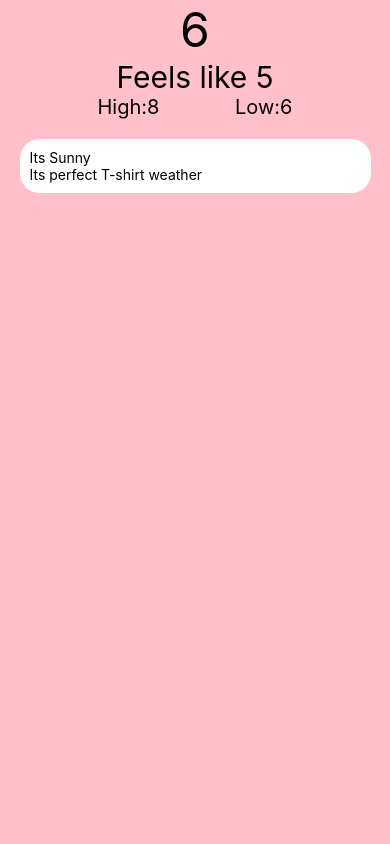
Repository: RossDee/WeatherApp
Screen: /
These files come from the project's save history. The screen is drawn as it stood at one moment and after the next save; the edit follows.
The app was drawn by React Native's web renderer in a window 390 px wide. The project was rebuilt for these pictures with package versions that can differ from the ones it lists, and the page was loaded fresh each time.

Above is the screen before, as saved 2023-10-14 21:07:52.

### App.js
import React from 'react';
import { SafeAreaView, StyleSheet, Text, View } from 'react-native';

const App = () => {
  return (
    <SafeAreaView style = {style.wrapper}>
    <View style = {style.container}>
      <Text style={style.temp} >6</Text>
      <Text style = {style.feels}>Feels like 5</Text>
      <View style = {style.highLowWrapper}>
        <Text style = {style.highLow}>High:8</Text>
        <Text style = {style.highLow}>Low:6</Text>
      </View>
      <View style = {style.bodyWrapper}>
        <Text>Its Sunny</Text>
      <Text>Its perfect T-shirt weather</Text>
      </View>
    </View>
    </SafeAreaView>
  )
}
const style  =StyleSheet.create({
  wrapper:{
    flex:1,
    backgroundColor:'yellow',
  },
  container:{
    backgroundColor:'pink',
    flex:1,
    alignItems:'center',
  },
  temp:{
    color:'black',
    fontSize:48,
 },
 feels:{
   color:'black',
   fontSize:30,
 },
  highLow:{
    color:'black',
    fontSize:20,
  },
  highLowWrapper:{
    flexDirection:'row',
    justifyContent:'space-between',
    width:'50%',
  },
  bodyWrapper:{
    backgroundColor:'white',
    width:'90%',
    padding:10,
    borderRadius:20,
    marginTop:20,
  },
})

export default App

After the next save:
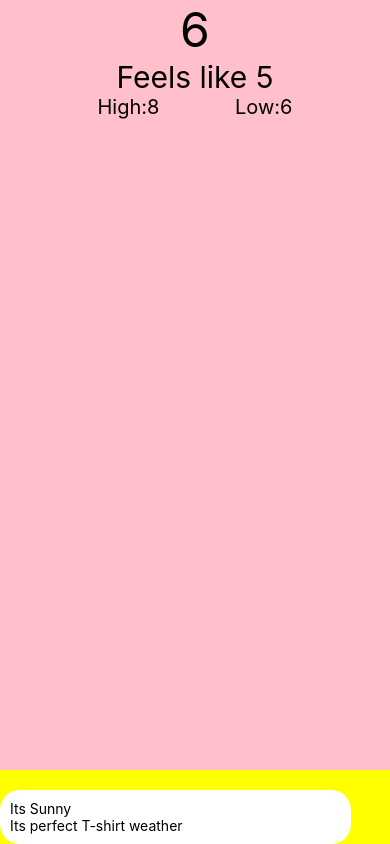
Saved 7 min 21 s later.
--- a/App.js
+++ b/App.js
@@ -11,10 +11,10 @@ const App = () => {
         <Text style = {style.highLow}>High:8</Text>
         <Text style = {style.highLow}>Low:6</Text>
       </View>
-      <View style = {style.bodyWrapper}>
+    </View>
+    <View style = {style.bodyWrapper}>
         <Text>Its Sunny</Text>
       <Text>Its perfect T-shirt weather</Text>
-      </View>
     </View>
     </SafeAreaView>
   )
